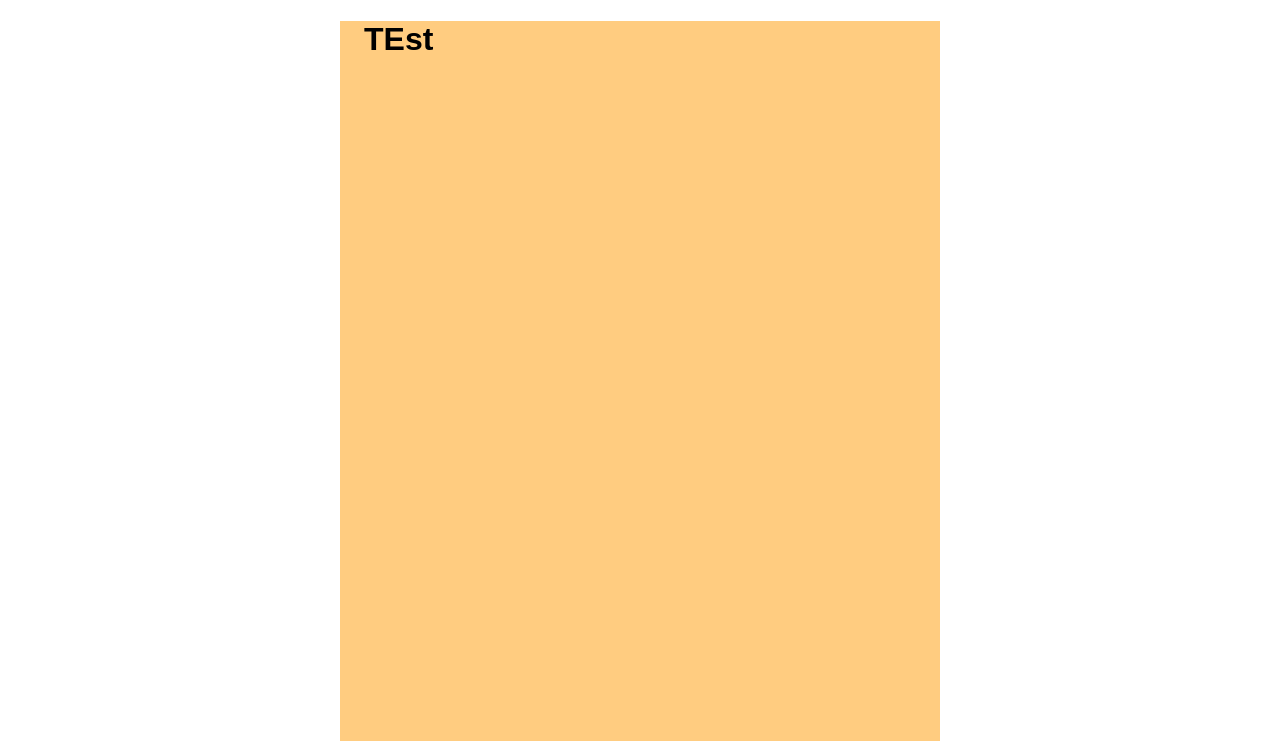
Repository: appikonda/food-order
Page: /
The author's editor kept a copy of each file at every save. The page is drawn from the files as they stood at one save, then again after the next save.
The browser window is 1280 px wide. The pictures show the whole page.
The project was rebuilt for these pictures with package versions that can differ from the ones it lists, and the page was loaded fresh each time. Also part of the build but not shown: webpack.config.js, src/App.css.

Above is the page before, as saved 2019-08-15 15:18:41.

After the next save:
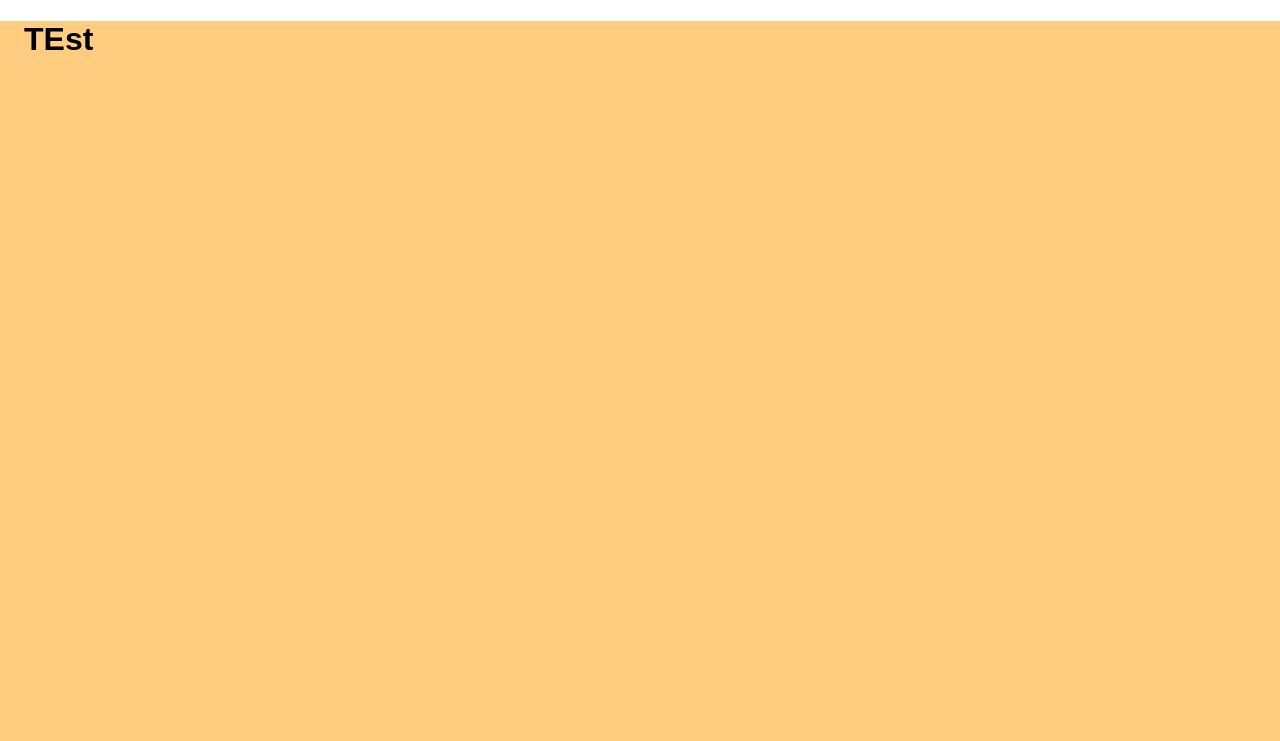
Saved 7 s later.
--- a/src/OrderFood.jsx
+++ b/src/OrderFood.jsx
@@ -7,7 +7,7 @@ class OrderFood extends Component {
   render() {
     return (
 
-      <Container  maxWidth="sm"  style={{ backgroundColor: '#ffcc80', height: '100vh' }}>
+      <Container  fixed style={{ backgroundColor: '#ffcc80', height: '100vh' }}>
       <h1>TEst</h1>
 
 
